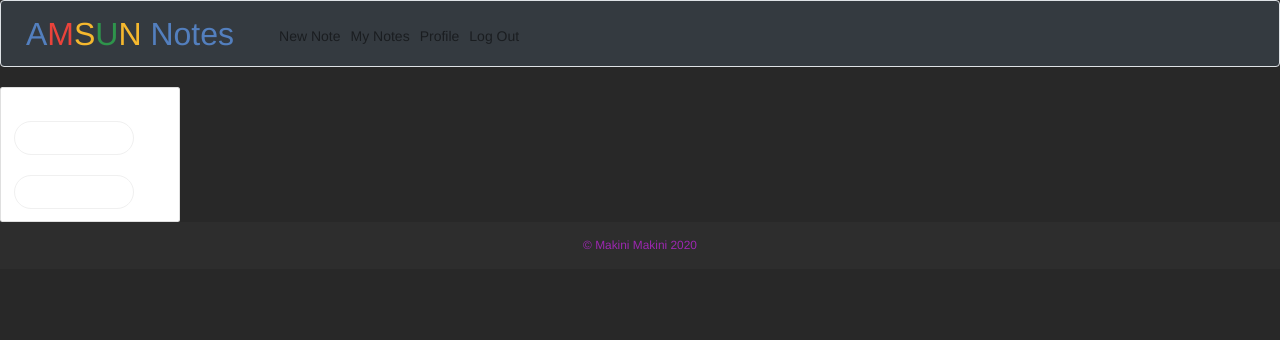
Repository: MakiniMakini/AMSUN-NOTES
Page: http://localhost/my_notes
An editor plug-in stored every save of this project. The page is shown before and after the next save, followed by the edit.
The browser window is 1280 px wide. The pictures show the whole page.
Some web fonts or font styles are not loaded; a fallback is used. The page is served by the project's application, run on Flask 3 (application.py). The session is filled in as if someone had signed in: {"user_id": 1}. The page reads the database file committed with the project.

Above is the page before, as saved 2020-12-20 16:34:36.

### templates/my_notes.html
{% extends "layout.html" %}

{% block title %}
    Notes
{% endblock %}

{% block main %}

<div class="card" style="width: 18rem;">
    <div class="card-body">

      {% for item in notes %}
      <h5 class="card-title">{{item.title}}</h5>
      <p class="card-text">{{item.notes}}</p>
      <a href="#" class="btn btn-primary">Go somewhere</a>
      {% endfor %}


    </div>
</div>

{% endblock %}

### templates/layout.html
<!DOCTYPE html>
<html lang="en">
    <head>
        <!-- Required meta tags -->
        <meta charset="utf-8">
        <meta name="viewport" content="width=device-width, initial-scale=1, shrink-to-fit=no">

        <!-- documentation at http://getbootstrap.com/docs/4.1/, alternative themes at https://bootswatch.com/ -->
        <link href="https://maxcdn.bootstrapcdn.com/bootstrap/4.1.3/css/bootstrap.min.css" rel="stylesheet">

        <!-- https://favicon.io/emoji-favicons/money-mouth-face/ -->
        <link href="/static/favicon.ico" rel="icon">

        <link href="/static/styles.css" rel="stylesheet">
        <link rel="stylesheet" href="/static/bootstrap.min.css" />
        <link rel="stylesheet" href="/static/animate.min.css" />
        <link rel="stylesheet" href="/static/ionicons.min.css" />
        <link rel="stylesheet" href="/static/styles2.css" />
        <link rel="stylesheet" href="/static/profile.css" />

        <script src="https://code.jquery.com/jquery-3.3.1.min.js"></script>
        <script src="https://cdnjs.cloudflare.com/ajax/libs/popper.js/1.14.3/umd/popper.min.js"></script>
        <script src="https://maxcdn.bootstrapcdn.com/bootstrap/4.1.3/js/bootstrap.min.js"></script>

        <title>AMSUN Notes: {% block title %}{% endblock %}</title>
    </head>

    <body>

        <nav class="navbar navbar-expand-md navbar-light bg-dark border">
            <a class="navbar-brand" href="/"><span class="blue">A</span><span class="red">M</span><span class="yellow">S</span><span class="green">U</span><span class="yellow">N</span> <span class="blue">Notes</span></a>
            <button aria-controls="navbar" aria-expanded="false" aria-label="Toggle navigation" class="navbar-toggler" data-target="#navbar" data-toggle="collapse" type="button">
                <span class="navbar-toggler-icon"></span>
            </button>
            <div class="collapse navbar-collapse" id="navbar">
                {% if session.user_id %}
                    <ul class="navbar-nav mr-auto mt-2">
                        <li class="nav-item"><a class="nav-link" href="/home">New Note</a></li>
                        <li class="nav-item"><a class="nav-link" href="/my_notes">My Notes</a></li>
                    </ul>
                    <ul class="navbar-nav ml-auto mt-2">
                        <li class="nav-item"><a class="nav-link" href="/profile">Profile</a></li>
                        <li class="nav-item"><a class="nav-link" href="/logout">Log Out</a></li>
                    </ul>
                {% else %}
                    <ul class="navbar-nav ml-auto mt-2">
                        <li class="nav-item"><a class="nav-link" href="/register">Register</a></li>
                        <li class="nav-item"><a class="nav-link" href="/login">Log In</a></li>
                    </ul>
                {% endif %}
            </div>
        </nav>

        {% if get_flashed_messages() %}
            <header>
                <div class="alert alert-primary border text-center" role="alert">
                    {{ get_flashed_messages() | join(" ") }}
                </div>
            </header>
        {% endif %}

        <main class="container p-0">

        </main>
        {% block main %}{% endblock %}

        <footer class="small text-center text-muted">
             <a href="https://makini-makini.herokuapp.com">© Makini Makini 2020</a>
        </footer>

    </body>
</html>

### application.py
import os

import sqlite3
from flask import Flask, flash, jsonify, redirect, render_template, request, session
from flask_session import Session
from tempfile import mkdtemp
from werkzeug.exceptions import default_exceptions, HTTPException, InternalServerError
from werkzeug.security import check_password_hash, generate_password_hash

from helpers import apology, login_required


# Configure application
app = Flask(__name__)

# Ensure templates are auto-reloaded
app.config["TEMPLATES_AUTO_RELOAD"] = True

# Ensure responses aren't cached
@app.after_request
def after_request(response):
    response.headers["Cache-Control"] = "no-cache, no-store, must-revalidate"
    response.headers["Expires"] = 0
    response.headers["Pragma"] = "no-cache"
    return response


# Configure session to use filesystem (instead of signed cookies)
app.config["SESSION_FILE_DIR"] = mkdtemp()
app.config["SESSION_PERMANENT"] = False
app.config["SESSION_TYPE"] = "filesystem"
Session(app)

# connecting to the database
connection = sqlite3.connect("amsun_notes.db", check_same_thread=False)

# cursor
db = connection.cursor()

# >>>>>>>>>>>>>>>>>>>>>>>>>>>>>>>ROUTES<<<<<<<<<<<<<<<<<<
@app.route("/")
def home_page():
    return render_template("home.html")

@app.route("/home")
@login_required
def index():
    return render_template("index.html")

@app.route("/profile")
@login_required
def profile():
    return render_template("profile.html")

@app.route("/my_notes")
@login_required
def my_notes():

    # logged user
    user_id = session['user_id']

    notes = db.execute("SELECT title, notes FROM notes WHERE user_id=:user_id", {'user_id':user_id})

    return render_template("my_notes.html", notes=notes)

# >>>>>>>>>>>>>REGISTER<<<<<<<<<<<<<<<<<<<<<<<<<<<<<<<<<<<
@app.route("/register", methods=["GET", "POST"])
def register():
    """Register user"""

    # if 'GET' render Reg. form
    if request.method == "GET":
        return render_template("register.html")

    if request.method == "POST":

        username = request.form.get("username")
        # Ensure username is submitted
        if not request.form.get("username"):
             return apology("must provide username", 403)

        # Ensure password was submitted
        elif not request.form.get("password") and not request.form.get("confirmation"):
            return apology("must provide password and confirmation", 403)
        else:
            # query db
            db.execute("SELECT * FROM users WHERE username = :username",
                            {'username' : username})
            rows = db.fetchall()

            # check if user exists
            if len(rows) == 1:
                return apology("username already exists", 403)
            else:
                username = request.form.get("username")

            # password
            if request.form.get("password") == request.form.get("confirmation"):
                # hash password
                pwhash = generate_password_hash(request.form.get("password"), method='plain')
            else:
                return apology("passwords do not match", 403)

            # update db
            db.execute("INSERT INTO users (username, hash) VALUES (:username, :pwhash)", {'username':username, 'pwhash':pwhash})

            # To save the changes in the files. Never skip this.
            # If we skip this, nothing will be saved in the database.
            connection.commit()

            # # close the connection
            # connection.close()
            return redirect("/")


# >>>>>>>>>>>>>>>>>>>>>>LOGIN<<<<<<<<<<<<<<<<<<<<<<


@app.route("/login", methods=["GET", "POST"])
def login():
    """Log user in"""

    # Forget any user_id
    session.clear()

    # User reached route via POST (as by submitting a form via POST)
    if request.method == "POST":

        # Ensure username was submitted
        if not request.form.get("username"):
            return apology("must provide username", 403)

        # Ensure password was submitted
        elif not request.form.get("password"):
            return apology("must provide password", 403)

        # Query database for username
        db.execute("SELECT * FROM users WHERE username = :username",
                          {'username':request.form.get("username")})

        rows = db.fetchall()

        print(rows)
        # Ensure username exists and password is correct
        if len(rows) != 1 or not check_password_hash(rows[0][2], request.form.get("password")):
            return apology("invalid username and/or password", 403)

    # Remember which user has logged in
        session["user_id"] = rows[0][0]

        # Redirect user to home page
        return redirect("/")

    # User reached route via GET (as by clicking a link or via redirect)
    else:
        return render_template("login.html")

#>>>>>>>>>>>>>>>>>>>>>>>>>>>LOGOUT<<<<<<<<<<<<<<<<<<<<<<<<

@app.route("/logout")
def logout():
    """Log user out"""

    # Forget any user_id
    session.clear()

    # Redirect user to login form
    return redirect("/")


# >>>>>>>>>>>>>>>>>>>SAVE NOTES <<<<<<<<<<<<<<<<<<<<<<<<<
@app.route("/notes", methods=["GET", "POST"])
@login_required
def save():
    #save notes to database

    # logged user
    user_id = session['user_id']

    if request.method == "POST":

        # get the title
        title = request.form.get("title")

        #get notes
        notes = request.form.get("notes")

        # ensure the fields are not blank
        if not request.form.get("notes"):
            return apology('must write something', 403)
        else:
            db.execute("INSERT INTO notes (user_id, title, notes) VALUES (:user_id, :title, :notes)", {'user_id':user_id, 'title':title, 'notes':notes})

            # save to data base
            connection.commit()
            return render_template("index.html")

### helpers.py
import os
import requests
import urllib.parse

from flask import redirect, render_template, request, session
from functools import wraps

def apology(message, code=400):
    """Render message as an apology to user."""
    def escape(s):
        """
        Escape special characters.

        https://github.com/jacebrowning/memegen#special-characters
        """
        for old, new in [("-", "--"), (" ", "-"), ("_", "__"), ("?", "~q"),
                         ("%", "~p"), ("#", "~h"), ("/", "~s"), ("\"", "''")]:
            s = s.replace(old, new)
        return s
    return render_template("apology.html", top=code, bottom=escape(message)), code


def login_required(f):
    """
    Decorate routes to require login.

    http://flask.pocoo.org/docs/1.0/patterns/viewdecorators/
    """
    @wraps(f)
    def decorated_function(*args, **kwargs):
        if session.get("user_id") is None:
            return redirect("/login")
        return f(*args, **kwargs)
    return decorated_function

### static/styles.css
nav .navbar-brand {
	/* size for brand */
	font-size: xx-large;
}

/* colors for brand */
nav .navbar-brand .blue {
	color: #537fbe;
}
nav .navbar-brand .red {
	color: #ea433b;
}
nav .navbar-brand .yellow {
	color: #f5b82e;
}
nav .navbar-brand .green {
	color: #2e944b;
}

main .form-control {
	/* center form controls */
	display: inline-block;

	/* override Bootstrap's 100% width for form controls */
	width: auto;
}

main {
	/* scroll horizontally as needed */
	overflow-x: auto;

	/* center contents */
	text-align: center;
}

main img {
	/* constrain images on small screens */
	max-width: 100%;
}

/* Split the screen in half */
.split {
	height: 100%;
	width: 50%;
	position: fixed;
	z-index: -1;
	top: 0;
	overflow-x: hidden;
	padding-top: 20px;
}

/* Control the left side */
.left {
	left: 0;
	background-color: #111;
}

/* Control the right side */
.right {
	right: 0;
	background-color: rgb(121, 95, 95);
}

/* If you want the content centered horizontally and vertically */
.centered {
	position: absolute;
	top: 50%;
	left: 50%;
	transform: translate(-50%, -50%);
	text-align: center;
}

/* Style the image inside the centered container, if needed */
.centered img {
	width: 150px;
	border-radius: 50%;
}

textarea {
	font-family: monospace;
}

body,
html {
	height: 100%;
}

.landing_page {
	background-image: url("https://images.unsplash.com/photo-1605160535955-e77f7c61d04f?ixid=MXwxMjA3fDB8MHxwaG90by1wYWdlfHx8fGVufDB8fHw%3D&ixlib=rb-1.2.1&auto=format&fit=crop&w=1053&q=80");
	width: 100%;
	height: 100%;
	background-position: center;
	background-repeat: no-repeat;
	background-size: cover;
	position: relative;
	display: table;
}

#images {
	position: relative;
	z-index: 1;
}
#one {
	border-radius: 10%;
}
#two {
	border-radius: 90%;
}
#three {
	border-radius: 10%;
}

#home_tag {
	z-index: 1;
	color: azure;
	text-align: center;
	height: 50%;
}

### static/styles2.css
/*

Landing Zero theme - A free landing page theme from BootstrapZero
http://www.bootstrapzero.com

*/

@import url(https://fonts.googleapis.com/css?family=Questrial);
@import url(http://fonts.googleapis.com/css?family=Dancing+Script:700);

html,
body {
	width: 100%;
	height: 100%;
}

body {
	font-family: 'Questrial', 'Helvetica Neue', Arial, sans-serif;
	background-color: #282828;
	color: #d3d3d3;
	webkit-tap-highlight-color: #222;
}

hr {
	max-width: 80px;
	border-width: 3px;
	opacity: 0.09;
	margin-top: 15px;
	margin-bottom: 15px;
}

hr.light {
	border-color: #fff;
}

a {
	color: #9c27b0;
	-webkit-transition: all .35s;
	-moz-transition: all .35s;
	transition: all .35s;
}

a:hover,
a:focus {
	color: #9c27c1;
	outline: 0;
}

h1,
h2,
h3,
h4,
h5,
h6 {
	font-family: 'Questrial', 'Helvetica Neue', Arial, sans-serif;
}

p {
	font-size: 17px;
	line-height: 1.7;
	margin-bottom: 20px;
}

.wide-space {
	letter-spacing: 1.6px;
}

.icon-lg {
	font-size: 50px;
	line-height: 18px;
}

.bg-primary {
	background-color: #333;
}

.bg-dark {
	color: #eee;
	background-color: #222;
}

.cursive {
	font-family: 'Dancing Script', cursive;
	text-transform: none;
}

.text-faded {
	color: rgba(245, 245, 245, 0.7);
}

.text-dark {
	color: #111;
}

.text-primary {
	color: #9c27b0;
}

.modal-content {
	background-color: #1d1d1d;
}

section {
	padding: 70px 0;
}

aside {
	padding: 50px 0;
}

footer {
	padding: 15px;
}

.no-padding {
	padding: 0;
}

.navbar-default {
	border-color: rgba(35, 35, 35, .05);
	font-family: 'Questrial', 'Helvetica Neue', Arial, sans-serif;
	background-color: #222;
	-webkit-transition: all .4s;
	-moz-transition: all .4s;
	transition: all .4s;
}

.navbar-header > .navbar-brand {
	font-family: 'Questrial', 'Helvetica Neue', Arial, sans-serif;
	color: #9c27b0;
	padding: 15px;
	-webkit-transition: padding .2s ease-in;
	-moz-transition: padding .2s ease-in;
	transition: padding .2s ease-in;
}

.navbar-header > .navbar-brand:hover,
.navbar-header > .navbar-brand:focus {
	color: #8b27b0;
}

.navbar-default .navbar-toggle:focus,
.navbar-default .navbar-toggle:hover {
	background-color: #181818;
}
.navbar-default .navbar-toggle,
.navbar-default .navbar-collapse {
	border-color: transparent;
}

.navbar-default .nav > li > a,
.navbar-default .nav > li > a:focus {
	text-transform: uppercase;
	font-size: 13px;
	font-weight: 700;
	color: #eee;
}

.navbar-default .nav > li > a:hover,
.navbar-default .nav > li > a:focus:hover {
	color: #9c27b0;
}

.navbar-default .nav > li.active > a,
.navbar-default .nav > li.active > a:focus {
	color: #9c27b0 !important;
	background-color: transparent;
}

.navbar-default .nav > li.active > a:hover,
.navbar-default .nav > li.active > a:focus:hover {
	background-color: transparent;
}

@media (min-width: 768px) {
	.navbar-default {
		border-color: transparent;
		background-color: transparent;
		min-height: 60px;
	}

	.navbar-header > .navbar-brand {
		color: rgba(255, 255, 255, 0.7);
		padding: 19px;
	}

	.navbar-default .navbar-header .navbar-brand:hover,
	.navbar-default .navbar-header .navbar-brand:focus {
		color: #f4f4f4;
	}

	.navbar-default .nav > li > a,
	.navbar-default .nav > li > a:focus {
		color: rgba(255, 255, 255, 0.8);
		padding: 20px;
		letter-spacing: 1.1px;
		text-shadow: 1px 1px 1px rgba(60, 60, 60, 0.7);
	}

	.navbar-default .nav > li > a:hover,
	.navbar-default .nav > li > a:focus:hover {
		color: #fefefe;
	}

	.navbar-default.affix {
		border-color: rgba(34, 34, 34, .05);
		background-color: #222;
	}

	.navbar-default.affix .navbar-header .navbar-brand {
		font-size: 15px;
		color: #9c27b0;
		padding: 20px;
		letter-spacing: 1px;
	}

	.navbar-default.affix .navbar-header .navbar-brand:hover,
	.navbar-default.affix .navbar-header .navbar-brand:focus {
		color: #8b27b0;
	}

	.navbar-default.affix .nav > li > a,
	.navbar-default.affix .nav > li > a:focus {
		color: #ddd;
		text-shadow: 1px 1px 1px rgba(30, 30, 30, 0.7);
	}

	.navbar-default.affix .nav > li > a:hover,
	.navbar-default.affix .nav > li > a:focus:hover {
		color: #9c27b0;
	}
}

header {
	position: relative;
	min-height: auto;
	text-align: center;
	color: #fff;
	width: 100%;
	background-color: #c9c9c9;
	background-image: url('https://splashbase.s3.amazonaws.com/lifeofpix/regular/Life-of-Pix-free-stock-photos-Slate-Stone-Xeromatic-1440x953.jpg');
	background-position: center;
	-webkit-background-size: cover;
	-moz-background-size: cover;
	background-size: cover;
	-o-background-size: cover;
}

header .header-content {
	position: relative;
	width: 100%;
	padding: 100px 15px;
	text-align: center;
	z-index: 2;
}

header .header-content .inner h1 {
	margin-top: 0;
	margin-bottom: 0;
}

header .header-content .inner p {
	margin-bottom: 50px;
	font-size: 16px;
	font-weight: 300;
	color: rgba(255, 255, 255, 0.7);
}

#video-background {
	position: absolute;
	right: 0;
	bottom: 0;
	min-width: 100%;
	min-height: 100%;
	width: auto;
	height: auto;
	z-index: 1;
}

#video-background.collapsing {
	display: none;
}

footer {
	background-color: #2d2d2d;
}

@media (min-width: 768px) {
	.icon-lg {
		font-size: 80px;
	}

	header {
		min-height: 100%;
	}

	header .header-content {
		position: absolute;
		top: 50%;
		padding: 0 50px;
		-webkit-transform: translateY(-50%);
		-ms-transform: translateY(-50%);
		transform: translateY(-50%);
	}

	header .header-content .inner {
		margin-right: auto;
		margin-left: auto;
		max-width: 1000px;
	}

	header .header-content .inner h1 {
		font-size: 53px;
	}

	header .header-content .inner p {
		margin-right: auto;
		margin-left: auto;
		max-width: 80%;
		font-size: 18px;
	}

	section {
		min-height: 600px;
		padding: 100px 0;
	}
}

.form-control {
	display: block;
	width: 100%;
	height: 35px;
	padding: 6px 12px;
	font-size: 14px;
	line-height: 1.5;
	color: #eee;
	background-color: #36333d;
	background-image: none;
	border: 1px solid #36333d;
	border-radius: 4px;
	box-shadow: inset 0 1px 1px rgba(0, 0, 0, 0.075);
	transition: border-color ease-in-out .15s, box-shadow ease-in-out .15s;
}

.form-control:focus {
	color: #222;
	background-color: #ccc;
	box-shadow: none;
}

textarea {
	resize: none;
}

.margin-top-0 {
	margin-top: 0;
}

.feature {
	margin: 50px auto 0;
	max-width: 400px;
}

@media (min-width: 992px) {
	.feature {
		margin: 20px auto 0;
	}
}

.feature p {
	margin-bottom: 0;
}

.call-to-action h2 {
	margin: 0 auto 20px;
}

.gallery-box {
	display: block;
	position: relative;
	margin: 0 auto;
	max-width: 650px;
	overflow: hidden;
}

.gallery-box .gallery-box-caption {
	display: block;
	position: absolute;
	bottom: 0;
	width: 100%;
	height: 100%;
	text-align: center;
	color: #fff;
	opacity: 0;
	background: rgba(44, 44, 44, .8);
	-webkit-transition: all .35s;
	-moz-transition: all .35s;
	transition: all .35s;
}

.gallery-box .gallery-box-caption .gallery-box-content {
	position: absolute;
	top: 50%;
	width: 100%;
	text-align: center;
	transform: translateY(-50%);
}

.gallery-box:hover .gallery-box-caption {
	opacity: 1;
}

.gallery-box:hover img {
	-webkit-transform: scale(1.1);
	-ms-transform: scale(1.1);
	transform: scale(1.1);
}

.gallery-box img {
	-webkit-transition: all 300ms ease-in-out;
	transition: all 300ms ease-in-out;
}

.no-gutter > [class*=col-] {
	padding-right: 0;
	padding-left: 0;
}

.btn-default {
	border-color: #fff;
	color: #222;
	background-color: #fff;
	-webkit-transition: all .35s;
	-moz-transition: all .35s;
	transition: all .35s;
}

.btn-default:hover,
.btn-default:focus,
.btn-default.focus,
.btn-default:active,
.btn-default.active,
.open > .dropdown-toggle.btn-default {
	border-color: #ededed;
	color: #222;
	background-color: #f2f2f2;
	opacity: 0.7;
}

.btn-default:active,
.btn-default.active,
.open > .dropdown-toggle.btn-default {
	background-image: none;
}

.btn-default.disabled,
.btn-default[disabled],
fieldset[disabled] .btn-default,
.btn-default.disabled:hover,
.btn-default[disabled]:hover,
fieldset[disabled] .btn-default:hover,
.btn-default.disabled:focus,
.btn-default[disabled]:focus,
fieldset[disabled] .btn-default:focus,
.btn-default.disabled.focus,
.btn-default[disabled].focus,
fieldset[disabled] .btn-default.focus,
.btn-default.disabled:active,
.btn-default[disabled]:active,
fieldset[disabled] .btn-default:active,
.btn-default.disabled.active,
.btn-default[disabled].active,
fieldset[disabled] .btn-default.active {
	border-color: #fff;
	background-color: #fff;
	opacity: 0.7;
}

.btn-default .badge {
	color: #fff;
	background-color: #222;
}

.btn.btn-primary {
	background-color: transparent;
	border: 1px solid #f0f0f0;
	border-color: #f0f0f0;
	-webkit-transition: all .35s;
	-moz-transition: all .35s;
	transition: all .35s;
}

.btn.btn-primary:hover {
	opacity: 0.7;
}

.btn {
	border: 0;
	border-radius: 290px;
	font-family: 'Helvetica Neue', Arial, sans-serif;
}

.btn-xl {
	padding: 15px 30px;
	font-size: 20px;
}

::-moz-selection {
	text-shadow: none;
	color: #fff;
	background: #222;
}

::selection {
	text-shadow: none;
	color: #fff;
	background: #222;
}

img::selection {
	color: #fff;
	background: 0 0;
}

img::-moz-selection {
	color: #fff;
	background: 0 0;
}

### static/profile.css
/* Profile container */
.profile {
	margin: 20px 0;
}

/* Profile sidebar */
.profile-sidebar {
	padding: 20px 0 10px 0;
	background: #fff;
}

.profile-userpic img {
	float: none;
	margin: 0 auto;
	width: 50%;
	height: 50%;
	-webkit-border-radius: 50% !important;
	-moz-border-radius: 50% !important;
	border-radius: 50% !important;
}

.profile-usertitle {
	text-align: center;
	margin-top: 20px;
}

.profile-usertitle-name {
	color: #5a7391;
	font-size: 16px;
	font-weight: 600;
	margin-bottom: 7px;
}

.profile-usertitle-job {
	text-transform: uppercase;
	color: #5b9bd1;
	font-size: 12px;
	font-weight: 600;
	margin-bottom: 15px;
}

.profile-userbuttons {
	text-align: center;
	margin-top: 10px;
}

.profile-userbuttons .btn {
	text-transform: uppercase;
	font-size: 11px;
	font-weight: 600;
	padding: 6px 15px;
	margin-right: 5px;
}

.profile-userbuttons .btn:last-child {
	margin-right: 0px;
}

.profile-usermenu {
	margin-top: 30px;
}

.profile-usermenu ul li {
	border-bottom: 1px solid #f0f4f7;
}

.profile-usermenu ul li:last-child {
	border-bottom: none;
}

.profile-usermenu ul li a {
	color: #93a3b5;
	font-size: 14px;
	font-weight: 400;
}

.profile-usermenu ul li a i {
	margin-right: 8px;
	font-size: 14px;
}

.profile-usermenu ul li a:hover {
	background-color: #fafcfd;
	color: #5b9bd1;
}

.profile-usermenu ul li.active {
	border-bottom: none;
}

.profile-usermenu ul li.active a {
	color: #5b9bd1;
	background-color: #f6f9fb;
	border-left: 2px solid #5b9bd1;
	margin-left: -2px;
}

/* Profile Content */
.profile-content {
	padding: 20px;
	background: #fff;
	min-height: 460px;
}

### amsun_notes.db (the tables this page reads, as SQL)
CREATE TABLE 'notes' (
    'note_id' INTEGER PRIMARY KEY AUTOINCREMENT NOT NULL,
    'user_id' INTEGER NOT NULL, 
    'title' TEXT NOT NULL, 
    'notes' TEXT NOT NULL,
    FOREIGN KEY(user_id) REFERENCES users(id)
    );
INSERT INTO "notes" VALUES
(11, 2, 'sasa', 'sdsdsdsd'),
(18, 3, 'I am here', 'I am here to see here'),
(19, 3, 'Bike Kali', 'Reading about people'),
(21, 4, 'trip to msa', 'niliona mzungu yaaaayyyy'),
(22, 1, 'hey', 'how is youhbhbhbb'),
(26, 1, 'NOTE WITH STEPH', 'Steph is an amazing soul whom I love! ');

Loaded but not shown: static/bootstrap.min.css (library); static/animate.min.css (library); static/ionicons.min.css (library)

After the next save:
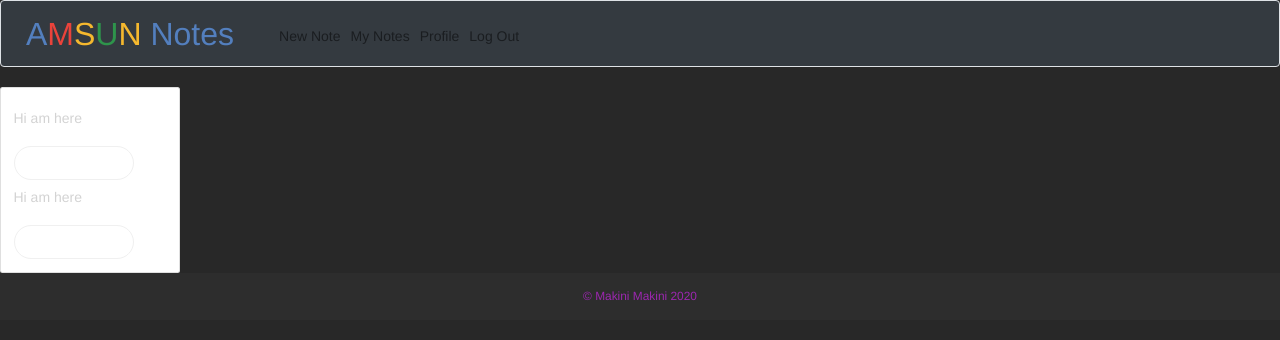
Saved 30 s later.
--- a/templates/my_notes.html
+++ b/templates/my_notes.html
@@ -10,7 +10,7 @@
     <div class="card-body">
 
       {% for item in notes %}
-      <h5 class="card-title">{{item.title}}</h5>
+      <h5 class="card-title">{{item.title}} Hi am here</h5>
       <p class="card-text">{{item.notes}}</p>
       <a href="#" class="btn btn-primary">Go somewhere</a>
       {% endfor %}
